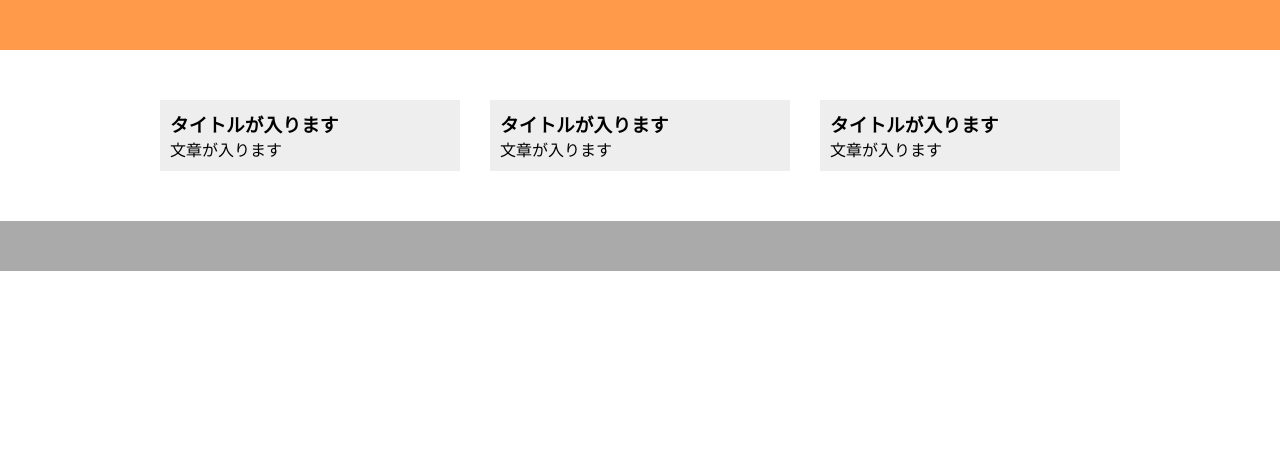
Repository: yofuu/caravan-chapter4
Page: chpter9/chapter10.html
The author's editor kept a record of every edit. The page is drawn from the files as they stood at one moment, then again after the next edit.
The browser window is 1280 px wide. The pictures show the whole page.

Above is the page before.

### chpter9/chapter10.html
<!DOCTYPE html>
<html lang="ja">
  <head>
    <meta charset="UTF-8" />
    <link rel="stylesheet" href="chapter10.css" />
    <title>HTML.１０章確認問題</title>
  </head>

  <body>
    <header></header>

    <main>
      <div class="step-box">
      <div class="blog-img1"></div>
      <h3>タイトルが入ります</h3>
      <p>文章が入ります</p>
      </div>

      <div class="step-box">
      <div class="blog-img2"></div>
      <h3>タイトルが入ります</h3>
      <p>文章が入ります</p>
      </div>

      <div class="step-box">
      <div class="blog-img3"></div>
      <h3>タイトルが入ります</h3>
      <p>文章が入ります</p>
      </div>
    </main>

    <footer></footer>

  </body>
</html>

### chpter9/chapter10.css
* {
  box-sizing: border-box;
  margin: 0;
  padding: 0;
}

header {
  height: 50px;
  background-color: #ff9a4b;
}

main {
  width: 960px;
  margin: 50px auto;
  display: flex;
}

.step-box {
  width: 300px;
  margin-right: 30px;
  padding: 10px;
  position: relative;
  background-color: #eee;
}

.step-box:last-child {
  margin-right: 0;
}

. blog-img1 {
  height: 150px;
  background-image: url(img/flow01.png);
  background-position: bottom;
  background-size: cover;
}

.-img2 {
  height: 150px;
  background-image: url(img/flow02.png);
  background-position: bottom;
  background-size: cover;
}
.step-img3 {
  height: 150px;
  background-image: url(img/flow03.png);
  background-position: bottom;
  background-size: cover;
}

.step-num {
  position: absolute;
  top: 0;
  left: 0;
  background-color: #ff9a4b;
  color: #fff;
}

.title {
  margin: 15px 0 5px;
}

footer {
  height: 50px;
  background-color: #aaa;
}

After the next edit:
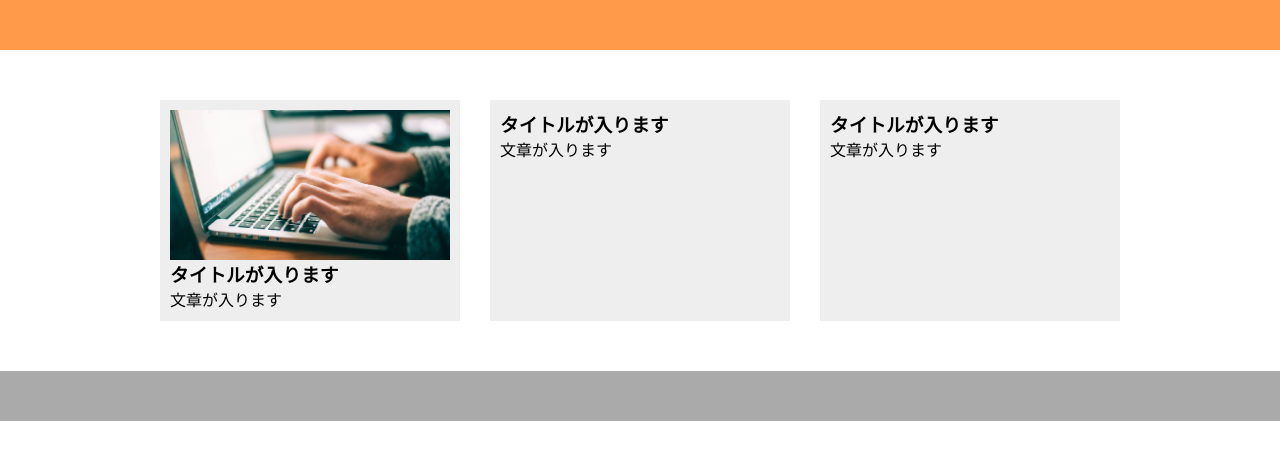
The edit:
--- a/chpter9/chapter10.css
+++ b/chpter9/chapter10.css
@@ -27,7 +27,7 @@
   margin-right: 0;
 }
 
-. blog-img1 {
+.blog-img1 {
   height: 150px;
   background-image: url(img/flow01.png);
   background-position: bottom;
